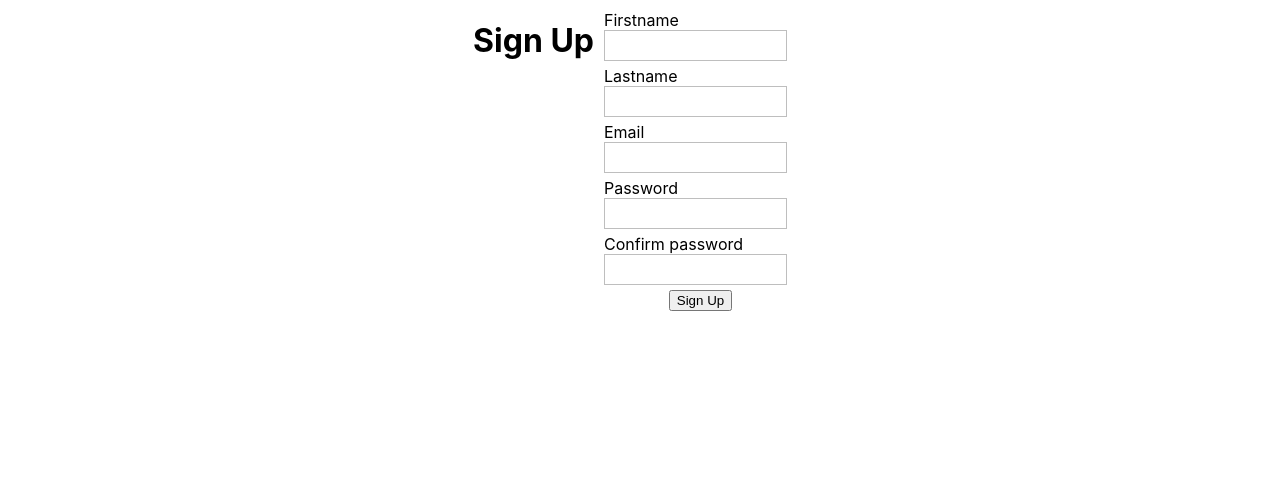
Repository: khamraeva/JSP-homework1-sighup
Page: /
These files come from the project's save history. The page is drawn as it stood at one moment and after the next save; the edit follows.
The browser window is 1280 px wide. The pictures show the whole page.
The project was rebuilt for these pictures with package versions that can differ from the ones it lists, and the page was loaded fresh each time. Also part of the build but not shown: src/App.css.

Above is the page before, as saved 2020-07-22 17:14:01.

### src/App.js
import React from 'react';
import SignUp from './Components/SignUp/SignUp';
import './App.css';


function App() {
  return (
    <div className="App">
      <SignUp />
    </div>
  );
}

export default App;

### src/Components/SignUp/SignUp.js
import React, { Component } from 'react';
import './SignUp.css';

class SignUp extends Component {
    render() {
        return (
            <div className={'signup-container'}>
                <h1>Sign Up</h1>
                <form className={'signup-form'}>
                    <label>Firstname</label>
                    <input
                        className='input'
                        type='text'
                    />
                    <label>Lastname</label>
                    <input
                        className='input'
                        type='text'
                    />
                    <label>Email</label>
                    <input
                        className='input'
                        type='text'
                    />
                    <label>Password</label>
                    <input
                        className='input'
                        type='password'
                    />
                    <label>Confirm password</label>
                    <input
                        className='input'
                        type='password'
                    />
                    <div className='btn-wrapper'>
                        <button>Sign Up</button>
                    </div>
                </form>
            </div>
        )
    }
}

export default SignUp

### src/Components/SignUp/SignUp.css
.signup-container {
    /* padding: 50px;
    background: #ccc;
    position: fixed; top: 50%; left: 50%;
    transform: translate(-50%, -50%);
    width: 350px;
    background: #eee;
    box-shadow: 2px 2px 2px rgba(0, 0, 0, .5);
    padding: 15px;
    border-radius: 5px; */
    display: flex;
    justify-content: center;
}

.signup-container h1 {
    text-align: center;
}

.signup-form {
    margin: 10px;
}

.input {
    display: block;
    box-sizing: border-box;
    border: 1px solid #bebebe;
    padding: 7px;
    margin: 0 0 5px;
    width: 95%;
    outline: none;
    transition: all 300ms ease-in-out;
}
.btn-wrapper {
    display: flex;
    justify-content: center;
}

Loaded but not shown: public/index.html (common file); src/index.js (common file); src/index.css (common file); src/serviceWorker.js (common file)

After the next save:
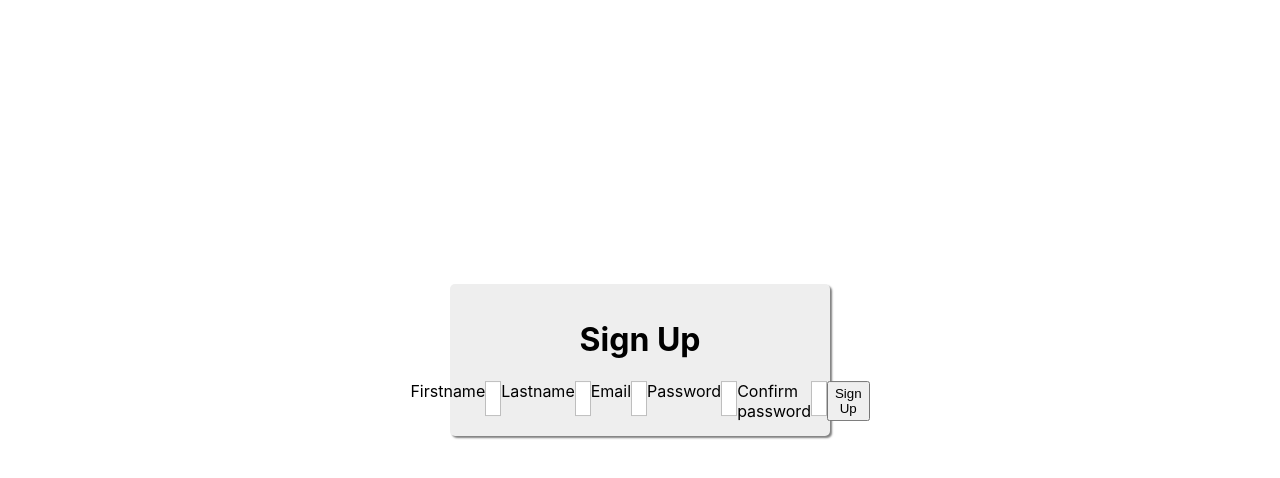
Saved 13 s later.
--- a/src/Components/SignUp/SignUp.css
+++ b/src/Components/SignUp/SignUp.css
@@ -1,5 +1,5 @@
 .signup-container {
-    /* padding: 50px;
+    padding: 50px;
     background: #ccc;
     position: fixed; top: 50%; left: 50%;
     transform: translate(-50%, -50%);
@@ -7,9 +7,7 @@
     background: #eee;
     box-shadow: 2px 2px 2px rgba(0, 0, 0, .5);
     padding: 15px;
-    border-radius: 5px; */
-    display: flex;
-    justify-content: center;
+    border-radius: 5px;
 }
 
 .signup-container h1 {
@@ -17,7 +15,8 @@
 }
 
 .signup-form {
-    margin: 10px;
+    display: flex;
+    justify-content: center;
 }
 
 .input {
